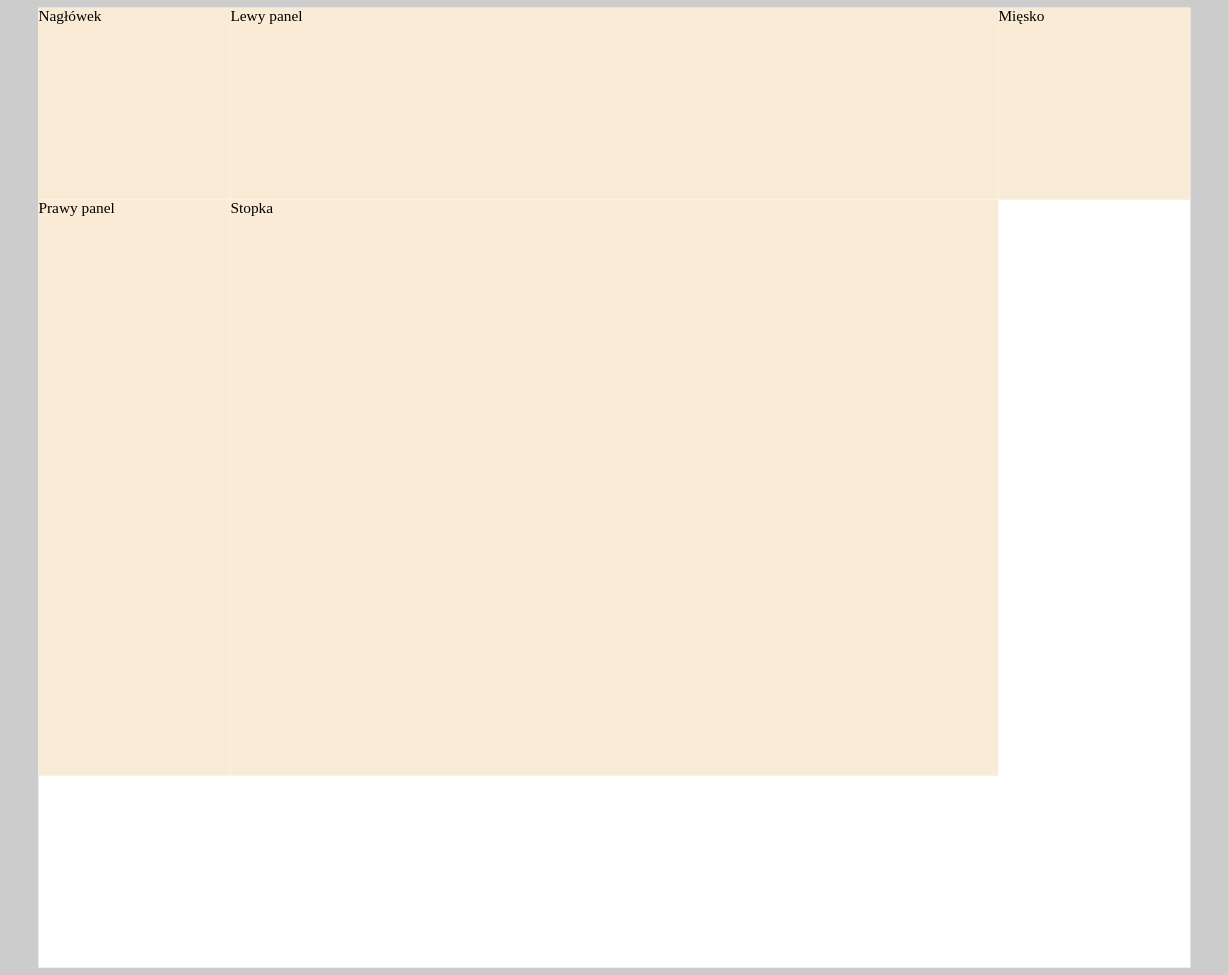
Repository: Gumiin/studia
Page: wykłady/14.04/index.html
An editor plug-in stored every save of this project. The page is shown before and after the next save, followed by the edit.
The browser window is 1280 px wide. The pictures show the whole page, at 96% of full size.

Above is the page before, as saved 2021-04-14 13:53:50.

### wykłady/14.04/index.html
<!DOCTYPE html>
<html lang="en">
<head>
    <meta charset="UTF-8">
    <meta http-equiv="X-UA-Compatible" content="IE=edge">
    <meta name="viewport" content="width=device-width, initial-scale=1.0">
    <link rel="stylesheet" href="style.css">
    <title>Document</title>
</head>
<body>
    <main>
        <header>Nagłówek</header>
        <aside>Lewy panel</aside>
        <article>Mięsko</article>
        <section>Prawy panel</section>
        <footer>Stopka</footer>
    </main>
</body>
</html>

### wykłady/14.04/style.css
body{
    background-color: #ccc;
}
main{
    margin: 0 auto;
    background:#fff;
    /*height: 800px;*/
    width: 1200px;
    display: grid;
    grid-template-columns: 200px 800px 200px;
    grid-template-rows: 200px 600px 200px;
    grid-auto-rows: 400px;
}
main > *{
    background-color: antiquewhite;
}

After the next save:
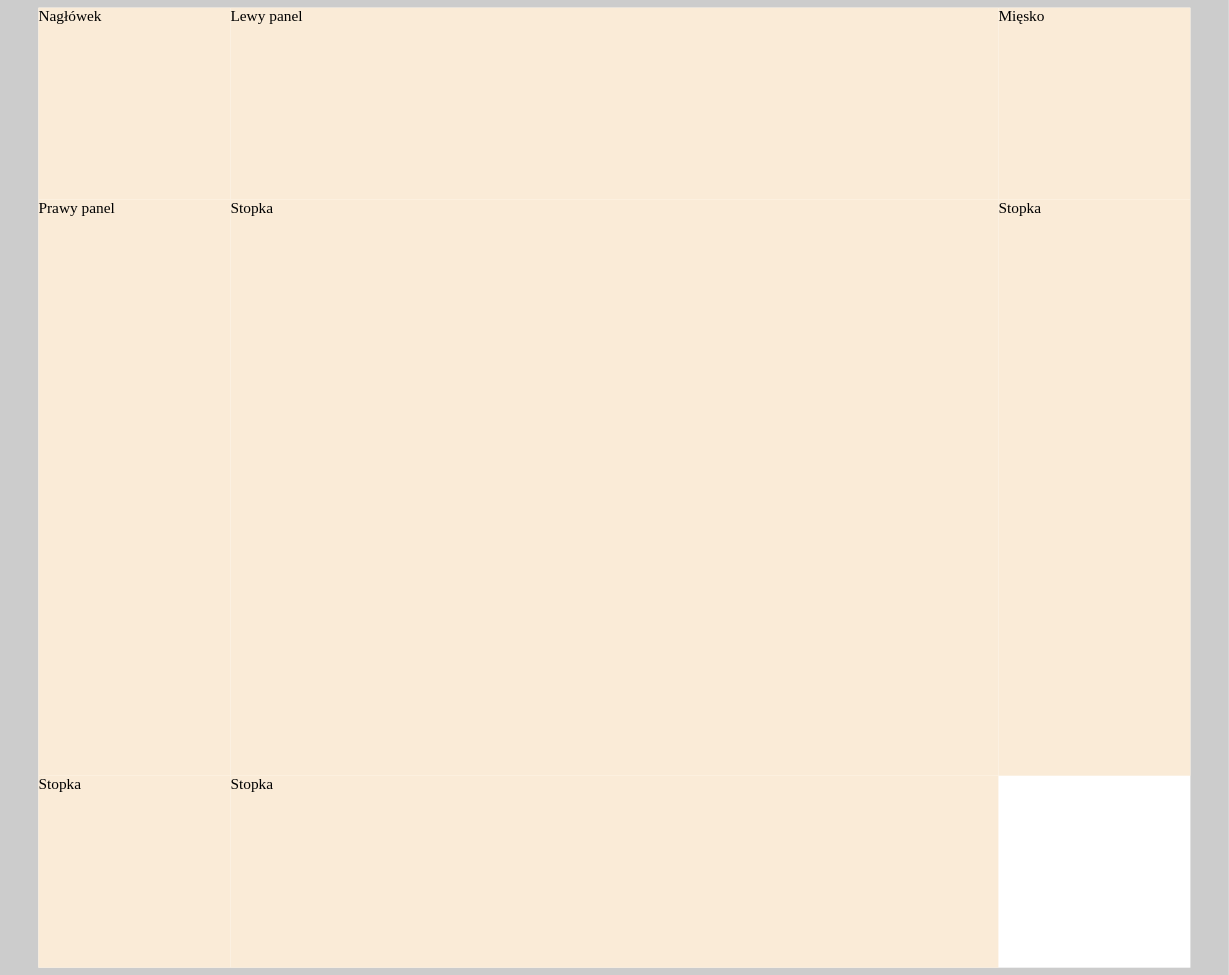
Saved 26 s later.
--- a/wykłady/14.04/index.html
+++ b/wykłady/14.04/index.html
@@ -14,6 +14,9 @@
         <article>Mięsko</article>
         <section>Prawy panel</section>
         <footer>Stopka</footer>
+        <footer>Stopka</footer>
+        <footer>Stopka</footer>
+        <footer>Stopka</footer>
     </main>
 </body>
 </html>

After the 2 saves that followed:
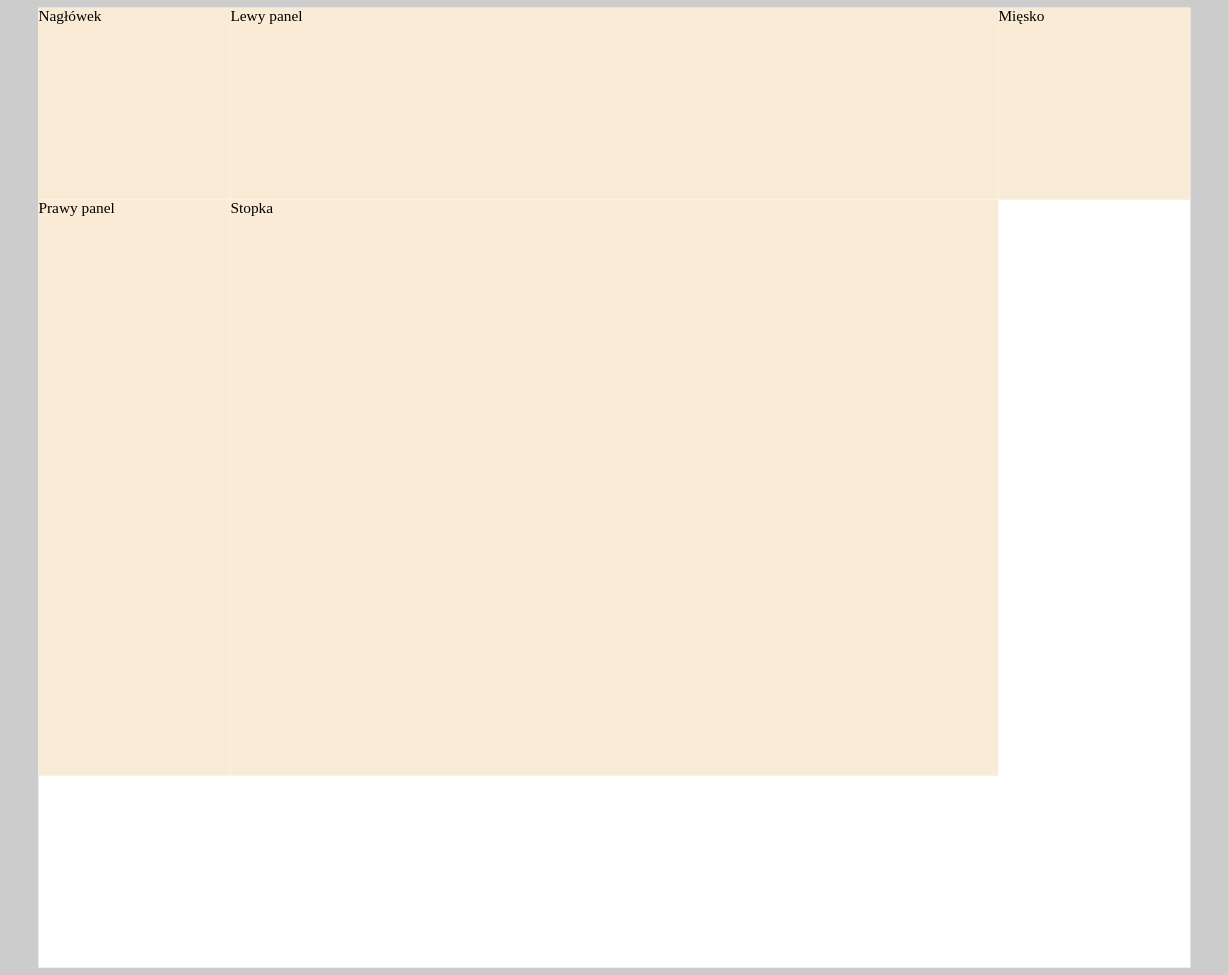
The 2 saves are shown as one change because 1 left the picture as it was.
The last was saved 69 s later.
--- a/wykłady/14.04/index.html
+++ b/wykłady/14.04/index.html
@@ -14,9 +14,6 @@
         <article>Mięsko</article>
         <section>Prawy panel</section>
         <footer>Stopka</footer>
-        <footer>Stopka</footer>
-        <footer>Stopka</footer>
-        <footer>Stopka</footer>
     </main>
 </body>
 </html>
--- a/wykłady/14.04/style.css
+++ b/wykłady/14.04/style.css
@@ -9,7 +9,7 @@ main{
     display: grid;
     grid-template-columns: 200px 800px 200px;
     grid-template-rows: 200px 600px 200px;
-    grid-auto-rows: 400px;
+    /*grid-auto-rows: 400px;*/
 }
 main > *{
     background-color: antiquewhite;
